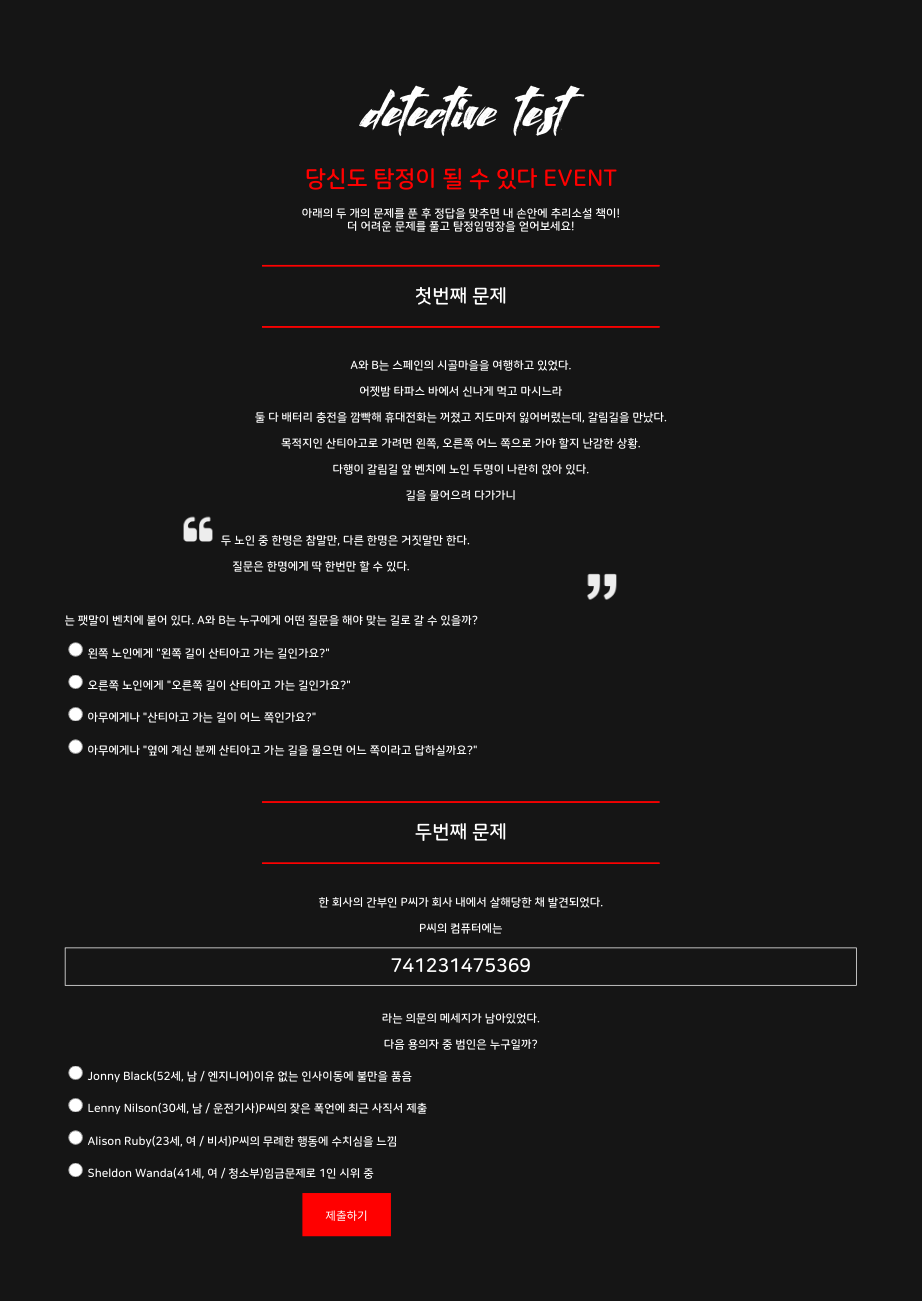
Repository: minkyung0421/Event_Project
Page: http://localhost/Event/quiz.jsp
The author's editor kept a copy of each file at every save. The page is drawn from the files as they stood at one save, then again after the next save.
The browser window is 1280 px wide. The pictures show the whole page, at 72% of full size.
The page is served by Tomcat 9.

Above is the page before, as saved 2018-09-04 07:45:03.

After the next save:
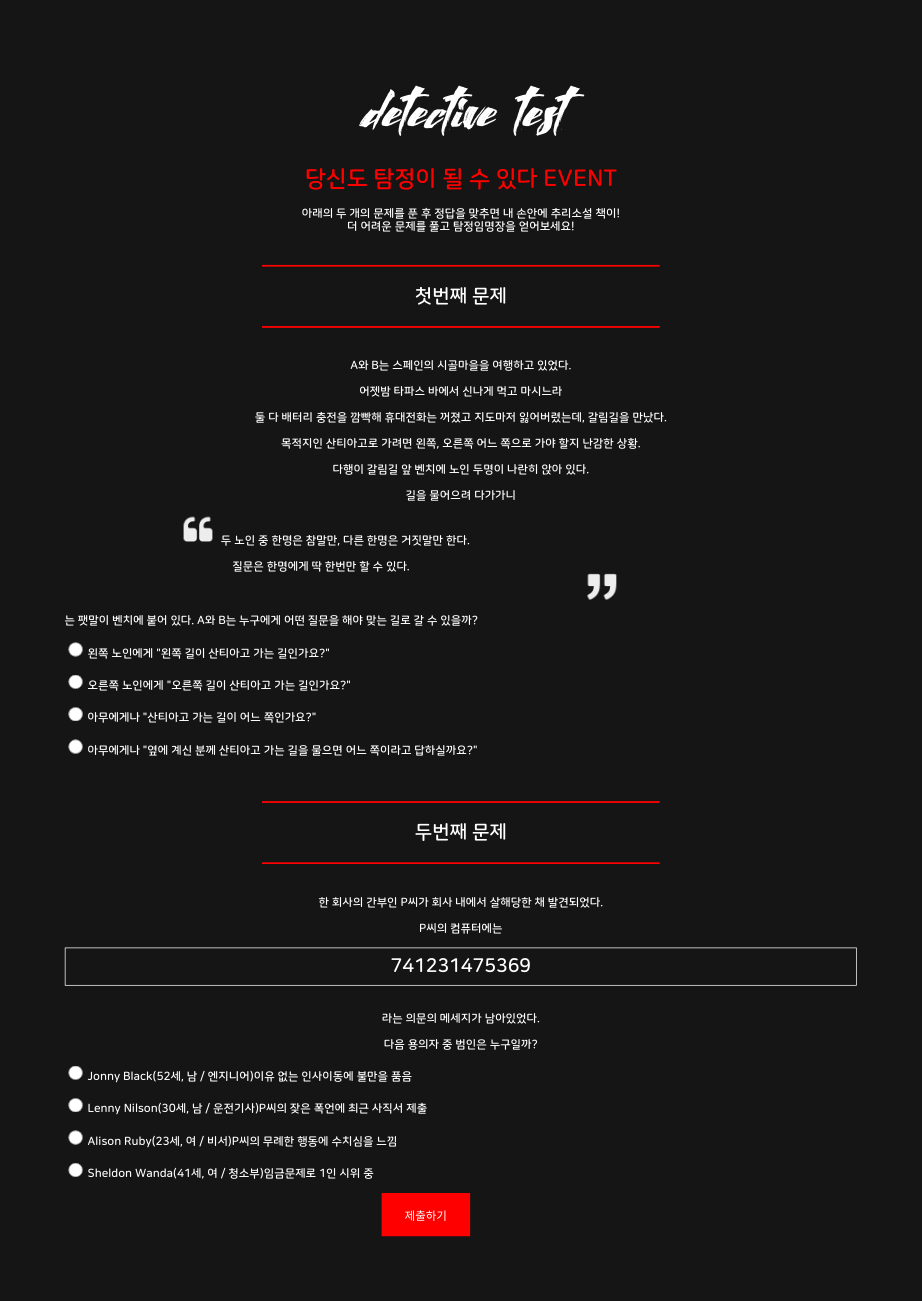
Saved 13 s later.
--- a/Event_Project/Event/WebContent/quiz.jsp
+++ b/Event_Project/Event/WebContent/quiz.jsp
@@ -115,7 +115,7 @@ P씨의 컴퓨터에는<br><br>
 	<label><input type = "radio" name = "quiz2" value = "4" style="width:20px;height:20px;"> Sheldon Wanda(41세, 여 / 청소부)임금문제로 1인 시위 중</label><br><br>
 
 
-	<button style = "margin-left: 30%;">제출하기</button>
+	<button style = "margin-left: 40%;">제출하기</button>
 </form>
 
 </body>
